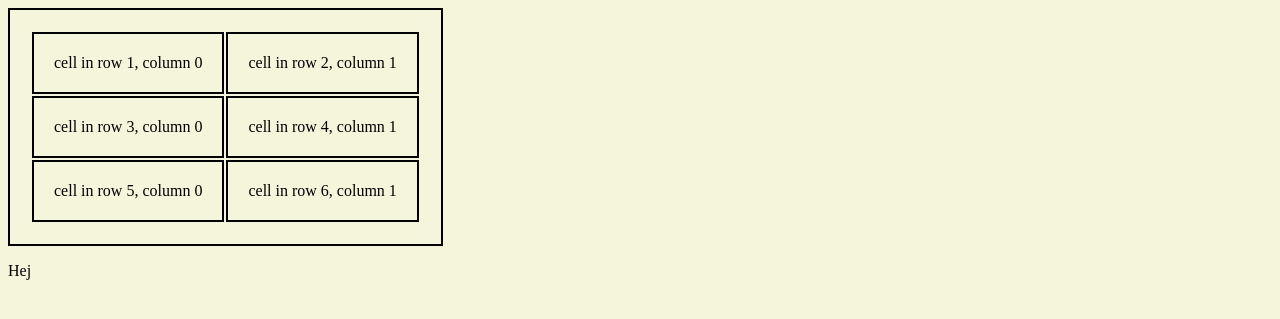
Repository: mi222ep/1dv403-laborationer
Page: 3-gameon/memory/index.html
The author's editor kept a record of every edit. The page is drawn from the files as they stood at one moment, then again after the next edit.
The browser window is 1280 px wide. The pictures show the whole page.

Above is the page before.

After the next edit:
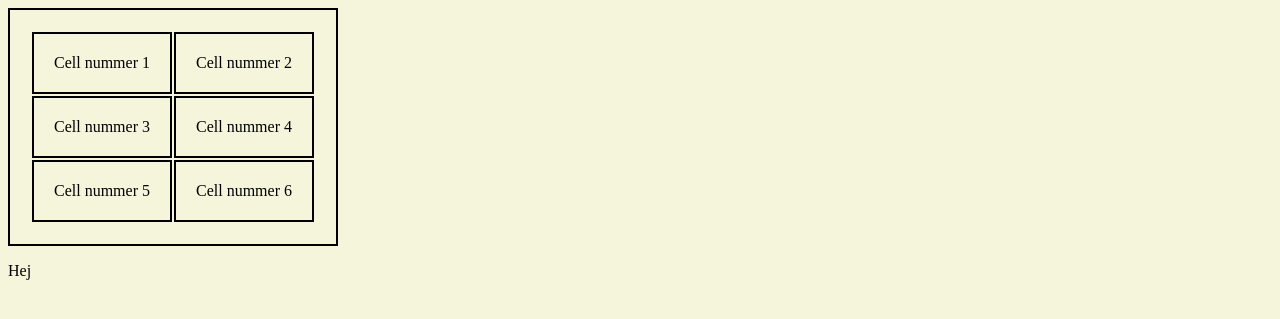
The edit:
--- a/3-gameon/memory/script/memory.js
+++ b/3-gameon/memory/script/memory.js
@@ -23,7 +23,7 @@
 
             for (var j = 0; j < cols; j++){
             var td =  document.createElement("td");
-            var cellText = document.createTextNode("cell in row "+count+", column "+j);
+            var cellText = document.createTextNode("Cell nummer "+count);
             td.appendChild(cellText);
             tr.appendChild(td);
             count+=1;
